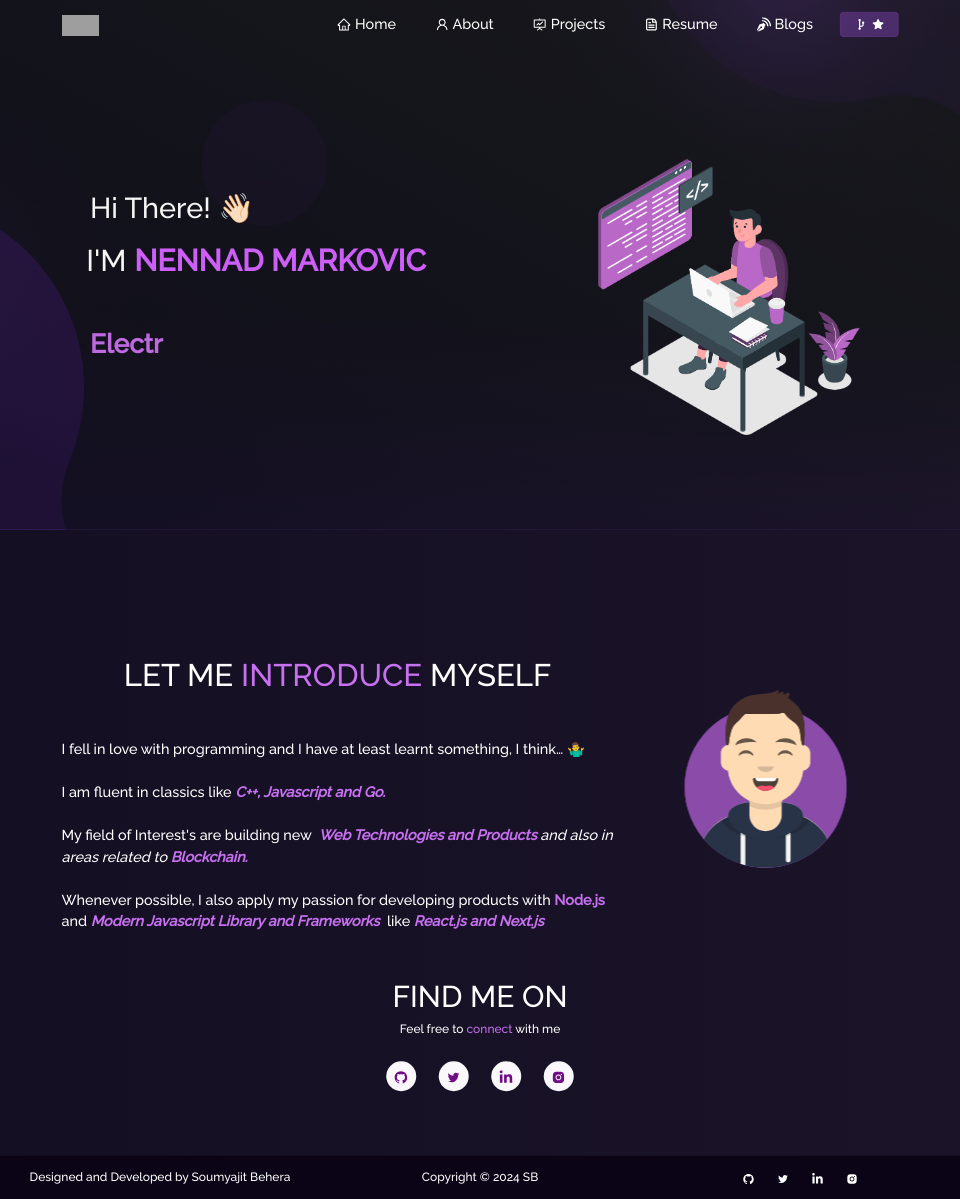
Repository: nenadMarkorvic/personal-website
Page: /
An editor plug-in stored every save of this project. The page is shown before and after the next save, followed by the edit.
The browser window is 1280 px wide. The pictures show the whole page, at 75% of full size.
Pictures or frames that could not be fetched are drawn as grey boxes. The project was rebuilt for these pictures with package versions that can differ from the ones it lists, and the page was loaded fresh each time. Also part of the build but not shown: src/components/About/Github.js, src/components/About/Techstack.js, src/components/About/AboutCard.js, src/components/About/Toolstack.js, src/components/About/About.js, src/components/Projects/ProjectCards.js, src/components/Projects/Projects.js, src/components/Resume/ResumeNew.js. Imported but missing from the stored project, and not drawn on this page: src/Assets/Soumyajit_Behera-BIT_MESRA.pdf.

Above is the page before, as saved 2024-08-29 06:50:30.

After the next save:
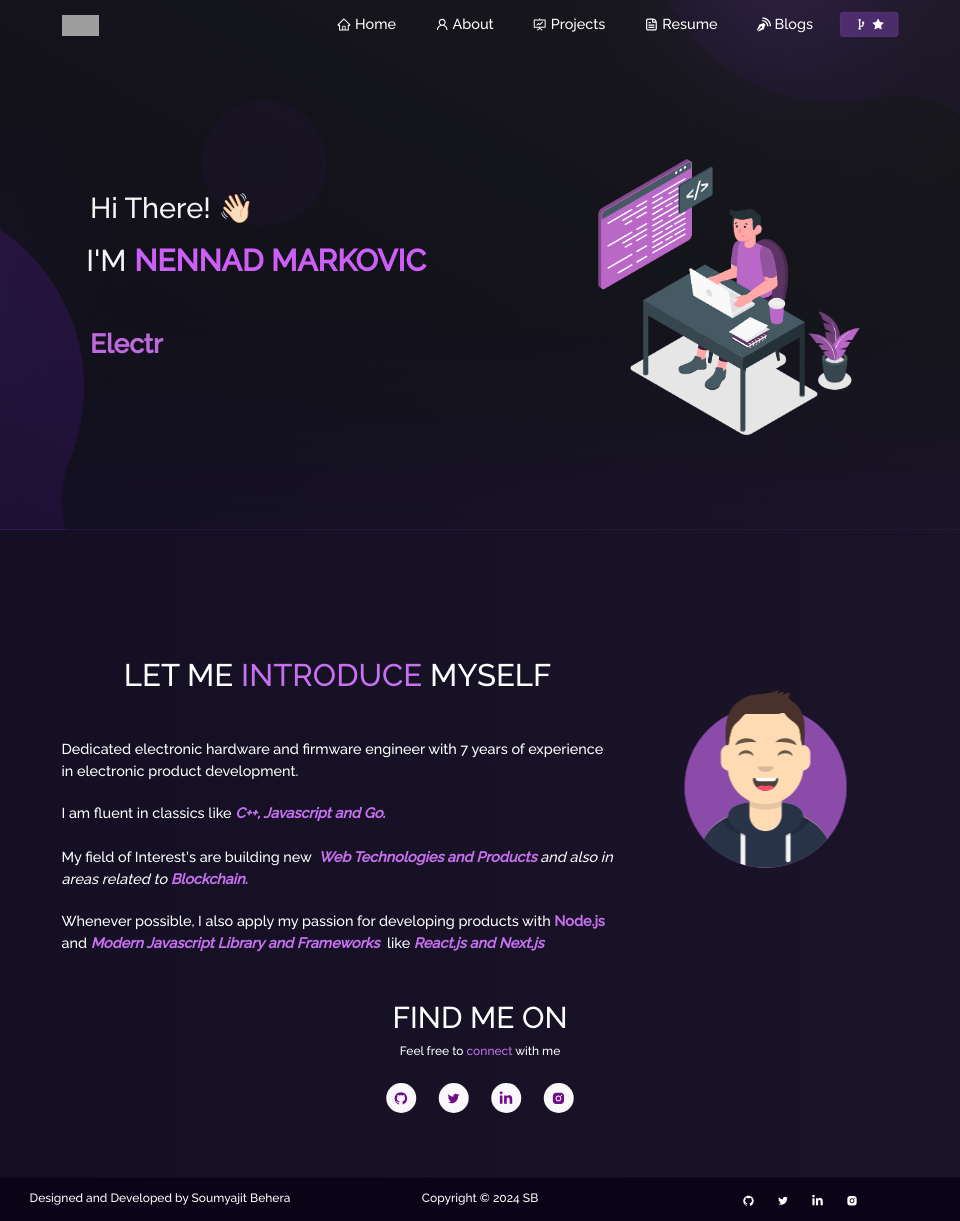
Saved 36 s later.
--- a/src/components/Home/Home2.js
+++ b/src/components/Home/Home2.js
@@ -18,8 +18,8 @@ function Home2() {
               LET ME <span className="purple"> INTRODUCE </span> MYSELF
             </h1>
             <p className="home-about-body">
-              I fell in love with programming and I have at least learnt
-              something, I think… 🤷‍♂️
+              Dedicated electronic hardware and firmware engineer with 7 years of
+              experience in electronic product development.
               <br />
               <br />I am fluent in classics like
               <i>
